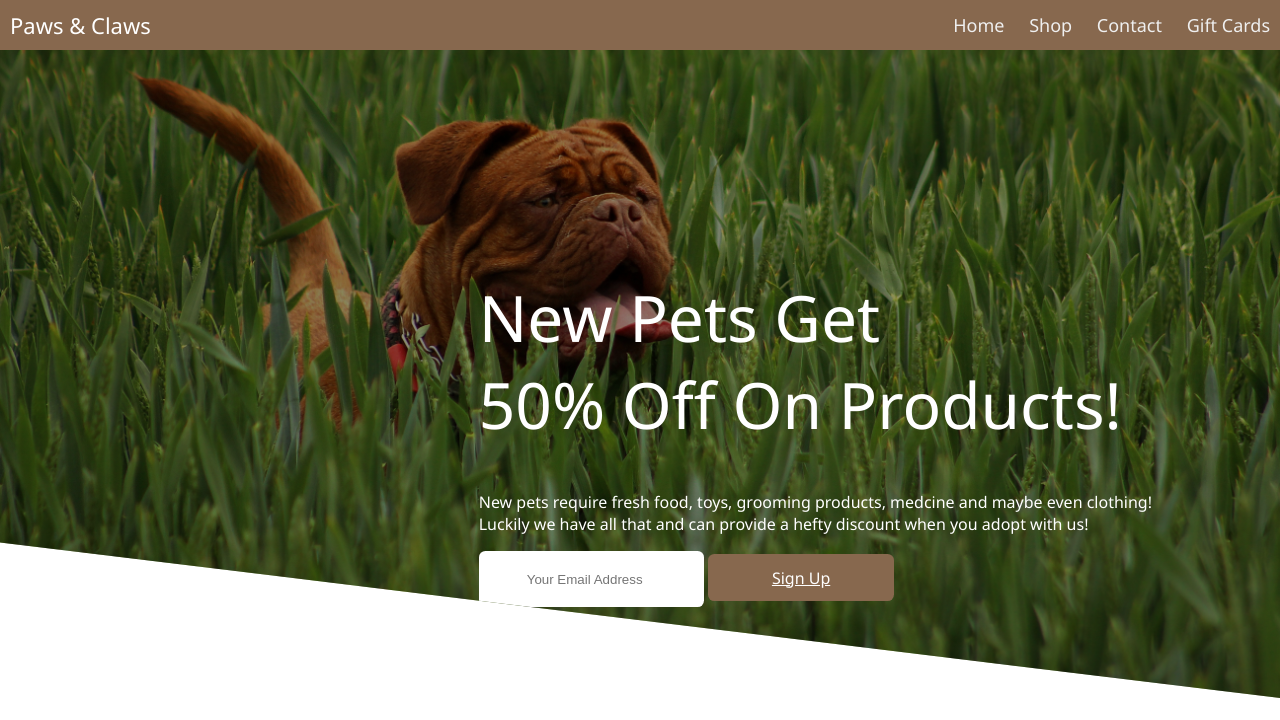
Repository: LtGriff/petProject
Page: dist/about.html
The author's editor kept a copy of each file at every save. The page is drawn from the files as they stood at one save, then again after the next save.
The browser window is 1280 px wide. The pictures show the whole page.

Above is the page before, as saved 2022-05-19 07:20:56.

After the next save:
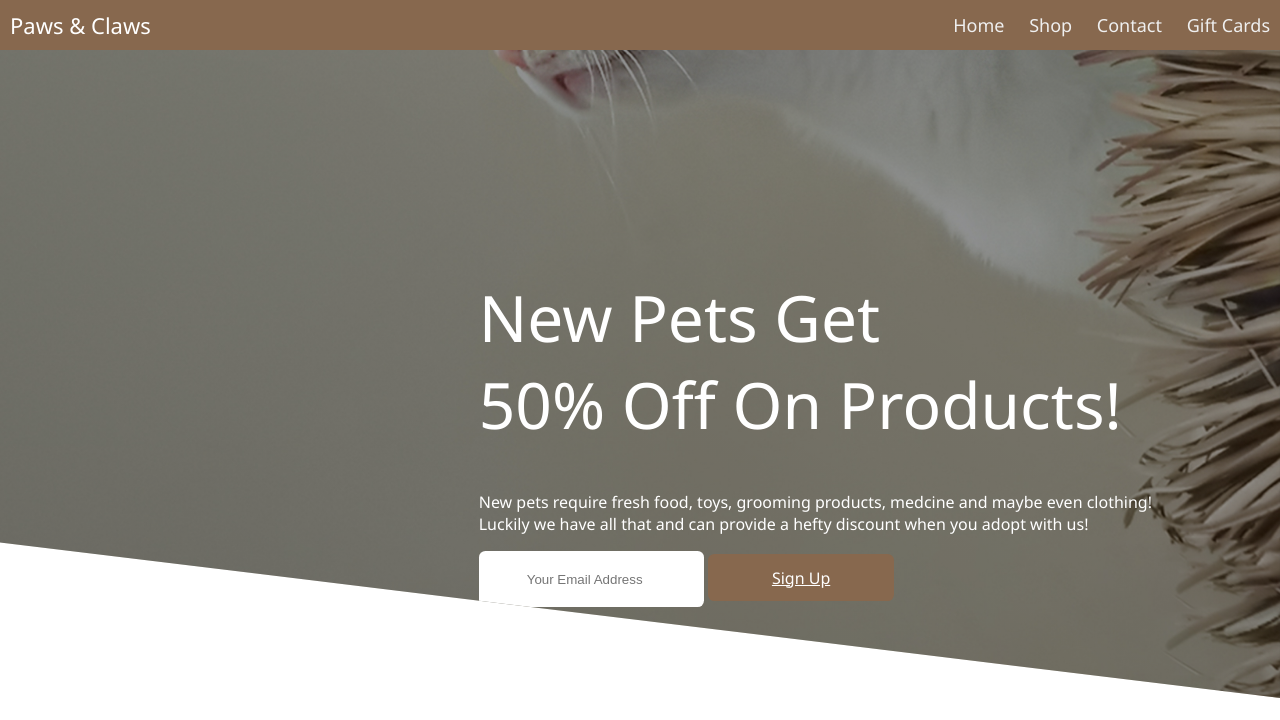
Saved 54 s later.
--- a/dist/CSS/about.css
+++ b/dist/CSS/about.css
@@ -76,7 +76,7 @@
         to left bottom,
         rgba(0, 0, 0, 0.4),
         rgba(0, 0, 0, 0.5)),
-    url("../img/dogfield.jpg");
+    url("../img/catcreeping.jpg");
     background-attachment: fixed;
     background-size: cover;
     background-position: bottom right;
